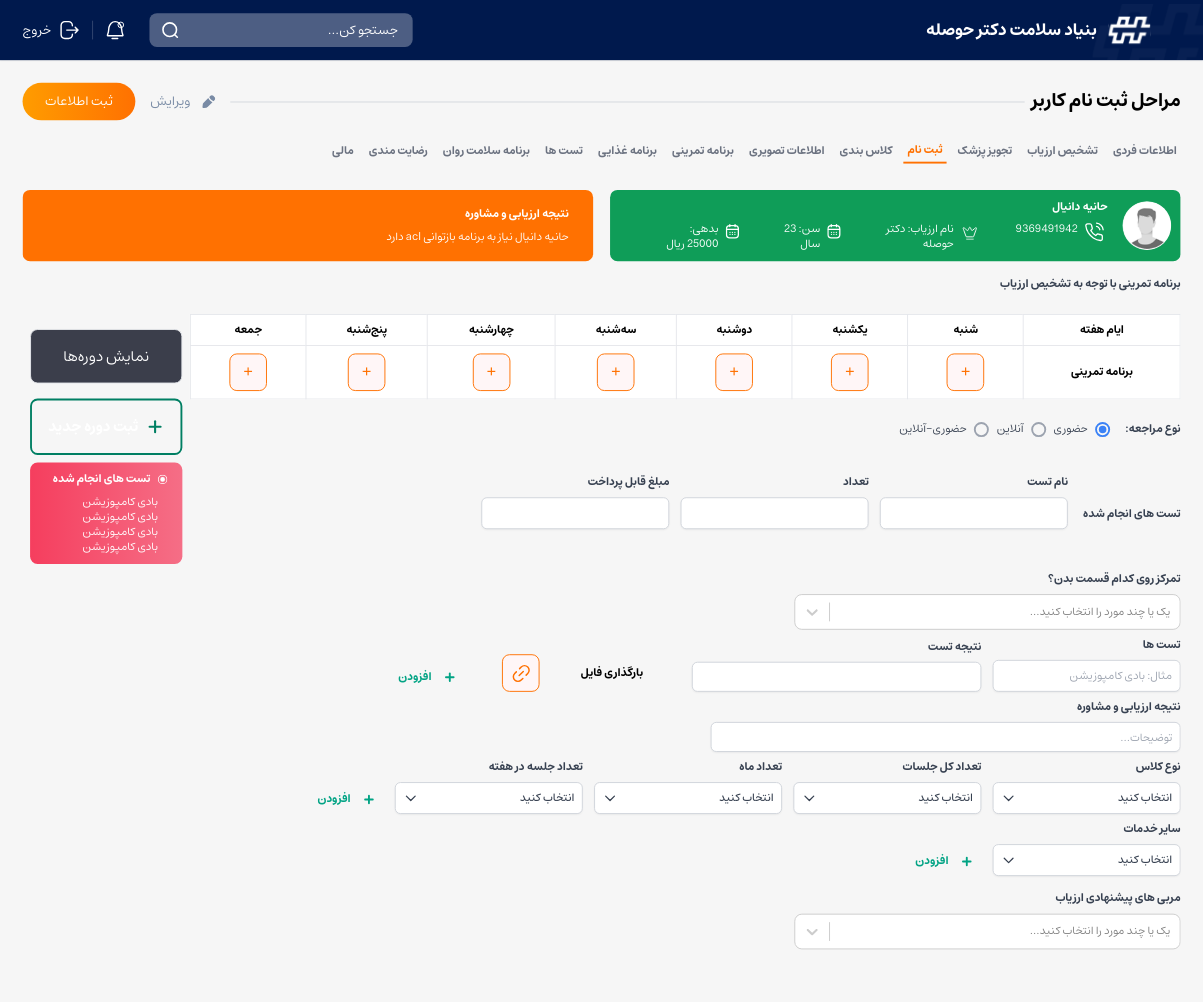
Repository: mirnajafi/ERP_hoseleh_V1.0
Page: /register, after clicking the first element matching `div.flex > :nth-child(4)`
The author's editor kept a copy of each file at every save. The page is drawn from the files as they stood at one save, then again after a run of saves.
The browser window is 1280 px wide. The pictures show the whole page, at 94% of full size.
Some web fonts or font styles are not loaded; a fallback is used. The project was rebuilt for these pictures with package versions that can differ from the ones it lists, and the page was loaded fresh each time. The framework's server and built-in components were replaced by stand-ins that run in the browser. Also part of the build but not shown: next.config.mjs, src/components/icons/trash.tsx, src/components/weekTable/weekTable.css, src/components/icons/copy.tsx, src/components/recognitionEvaluator/recognitionEvaluator.tsx.

Above is the page before, as saved 2025-02-28 23:47:09.

After the next 3 saves:
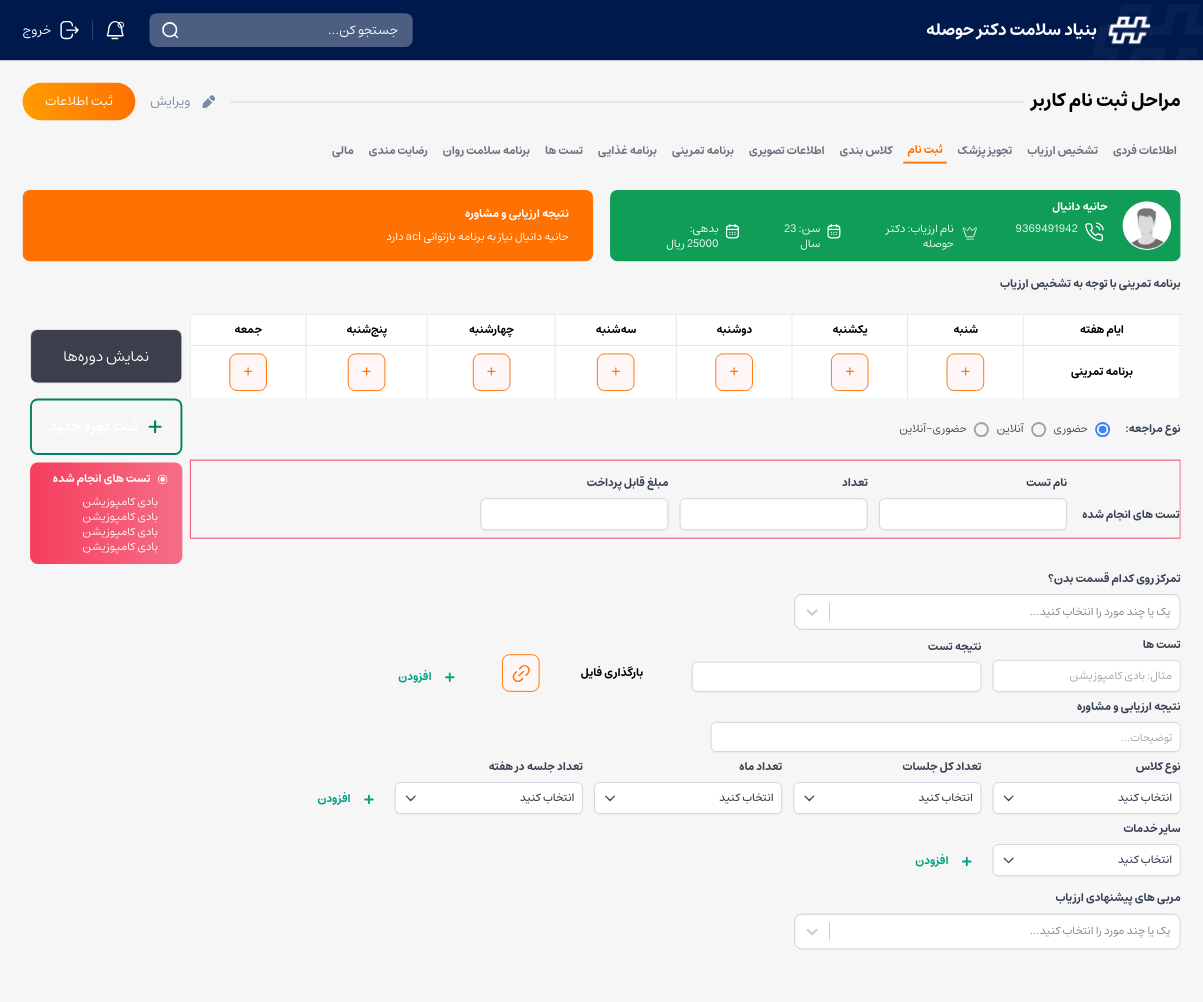
The 3 saves are shown as one change because they came seconds apart.
The last was saved 45 s later.
--- a/src/components/registration/registration.tsx
+++ b/src/components/registration/registration.tsx
@@ -81,7 +81,7 @@ const Registration = () => {
                     </div>
 
 
-                    <div className="w-full xl:py-2 my-0  flex flex-col xl:flex-row xl:justify-start xl:items-end">
+                    <div className="w-full xl:py-2 my-0  flex flex-col xl:flex-row xl:justify-start xl:items-end border border-[#F53E5E]">
                         <label className="my-2 text-xs font-bold text-gray-700 ml-4">تست های انجام شده</label>
 
                         <Input
